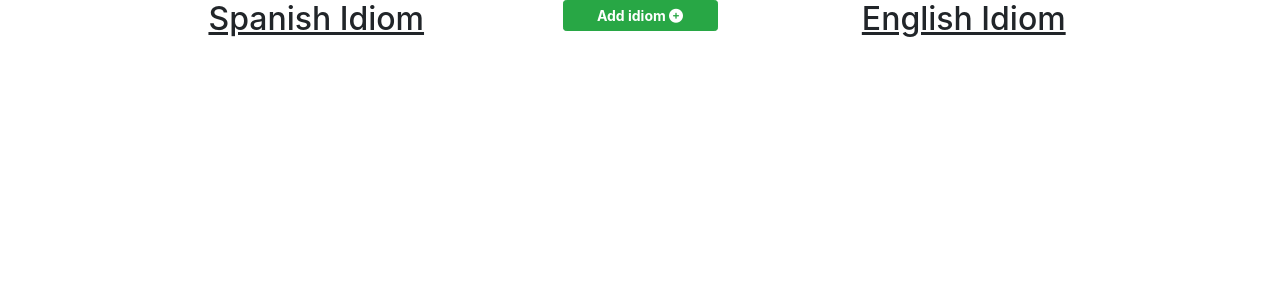
Repository: JK27/idioms-english-spanish
Page: http://localhost/
The author's editor kept a record of every edit. The page is drawn from the files as they stood at one moment, then again after the next edit.
The browser window is 1280 px wide. The pictures show the whole page.
Some web libraries are served in a nearby version. The page is served by the project's application, run on Flask 3 (idioms.py). Queries for data that is not in the repository find no rows.

Above is the page before.
Console error: TypeError: Cannot read properties of undefined (reading 'fn')

### templates/idioms.html
{% extends "base.html" %} {% block content %}

<div class="row header-row">
    <div class="col-5">
        <h2>Spanish Idiom</h2>
    </div>
    <div class="col-2">
        <a class="btn btn-success btn-sm add-button" href="{{url_for('add_idiom')}}" role="button"><strong>Add idiom </strong><i class="fas fa-plus-circle"></i></a>
    </div>
    <div class="col-5">
        <h2>English Idiom</h2>
    </div>
</div>
{% for idiom in idioms %}

<div class="row">
    <div class="card col-5">
        <div class="card-body">
            <h5 class="card-title"><em>"{{idiom.spanish_idiom}}"</em></h5>
            <p class="card-text"> {{idiom.english_literal}}</p>
            <p class="card-text">{{idiom.english_meaning}}</p>
        </div>
    </div>
    <div class="card middle-column col-2">
        <h5 class="card-title"><em>Equivalent idiom</em></h5>
        <p class="card-text">Literal translation</p>
        <p class="card-text">Meaning</p>
        <a class="btn btn-primary btn-sm middle-button" href="{{url_for('edit_idiom', idiom_id=idiom._id)}}" role="button"><strong>Edit this idiom </strong><i class="fas fa-edit"></i></a>
        <a class="btn btn-danger btn-sm middle-button" href="{{url_for('delete_idiom', idiom_id=idiom._id)}}" role="button"><strong>Delete this idiom </strong><i class="fas fa-trash-alt"></i></a>

    </div>

    <div class="card col-5">
        <div class="card-body">
            <h5 class="card-title"><em>"{{idiom.english_idiom}}"</em></h5>
            <p class="card-text">{{idiom.spanish_literal}}</p>
            <p class="card-text">{{idiom.spanish_meaning}}</p>
        </div>
    </div>

</div>

{% endfor %} {% endblock %}

### templates/base.html
<!DOCTYPE html>
<html lang="en">

<head>
    <meta charset="UTF-8">
    <meta name="viewport" content="width=device-width, initial-scale=1.0">
    <meta http-equiv="X-UA-Compatible" content="ie=edge">

    <link href="https://stackpath.bootstrapcdn.com/bootstrap/4.3.1/css/bootstrap.min.css" rel="stylesheet" integrity="sha384-ggOyR0iXCbMQv3Xipma34MD+dH/1fQ784/j6cY/iJTQUOhcWr7x9JvoRxT2MZw1T" crossorigin="anonymous">
    <link rel="stylesheet" href="{{url_for('static', filename='css/style.css')}}" type="text/css" />

    <script src="https://kit.fontawesome.com/5d6ba07855.js"></script>
    <script src="https://stackpath.bootstrapcdn.com/bootstrap/4.3.1/js/bootstrap.min.js" integrity="sha384-JjSmVgyd0p3pXB1rRibZUAYoIIy6OrQ6VrjIEaFf/nJGzIxFDsf4x0xIM+B07jRM" crossorigin="anonymous"></script>

    <title>Idioms English - Spanish</title>
</head>

<body>
    <div class="container">
        {% block content %} {% endblock %}
    </div>
</body>

</html>

### idioms.py
import os
from flask import Flask, render_template, redirect, request, url_for
from flask_pymongo import PyMongo
from bson.objectid import ObjectId

app = Flask(__name__)

app.config["MONGO_DBNAME"] = "idioms-and-proverbs"
app.config["MONGO_URI"] = "mongodb+srv://jk27:07diciembre18@cluster0-9pga0.mongodb.net/idioms-and-proverbs?retryWrites=true&w=majority"

mongo = PyMongo(app)

@app.route("/")
@app.route("/get_idioms")
def get_idioms():
    return render_template("idioms.html", idioms=mongo.db.idioms.find())

# ---------------------------------------------------------------------     Functions to add idioms -- #
@app.route("/add_idiom")
def add_idiom():
    return render_template("addidiom.html")

@app.route("/insert_idiom", methods=["POST"])                           #-- Data from form in addidiom.html is posted using this function...
def insert_idiom():
    idioms = mongo.db.idioms                                            #-- ... data is inserted to the idioms database...
    idioms.insert_one(request.form.to_dict())                           #-- ... inserting one item to the dictionary...
    return redirect(url_for("get_idioms"))                              #-- ... and then redirecting to /get_idioms

# ---------------------------------------------------------------------     Functions to edit idioms -- #
@app.route("/edit_idiom/ <idiom_id>")
def edit_idiom(idiom_id):                                               #-- Use idiom_id to target the idiom that want to edit
    the_idiom = mongo.db.idioms.find_one({"_id":ObjectId(idiom_id)})    #-- Retrieve the idiom from the idioms database, using its id to find it...
    return render_template("editidiom.html", idiom=the_idiom)           #-- ... and then redirecting to /editidiom.html

@app.route("/update_idiom/<idiom_id>", methods=["POST"])                #-- Data from form in editidiom.html is posted using this function...
def update_idiom(idiom_id):
    idioms = mongo.db.idioms                                            #-- ... data is updated in the idioms database...
    idioms.update({"_id":ObjectId(idiom_id)},                           #-- ... updating the item with a specific id...
    {
        "spanish_idiom": request.form.get("spanish_idiom"),             #-- ... each field for that item will be updated taking the input from...
        "english_literal": request.form.get("english_literal"),         #-- ... the corresponding field on the form
        "english_meaning": request.form.get("english_meaning"),
        "english_idiom": request.form.get("english_idiom"),
        "spanish_literal": request.form.get("spanish_literal"),
        "spanish_meaning": request.form.get("spanish_meaning")
    })
    return redirect(url_for("get_idioms"))

# -------------------------------------------------------------------- Function to delete idioms -- #
@app.route("/delete_idiom/<idiom_id>")
def delete_idiom(idiom_id):
    mongo.db.idioms.remove({"_id": ObjectId(idiom_id)})
    return redirect(url_for("get_idioms"))

if __name__ == "__main__":
    app.run(host=os.environ.get("IP"),
            port=int(os.environ.get("PORT")),
            debug=True)

### static/css/style.css
h2 {
    text-align: center;
    text-decoration: underline;
}

.btn-success {
    width: 100%;
}

.row {
    margin-right: 0px;
    margin-left: 0px;
}

.middle-column {
    border: 0;
    padding-top: 20px;
    text-align: center;
}

.card {
    margin-bottom: 15px;
}

After the next edit:
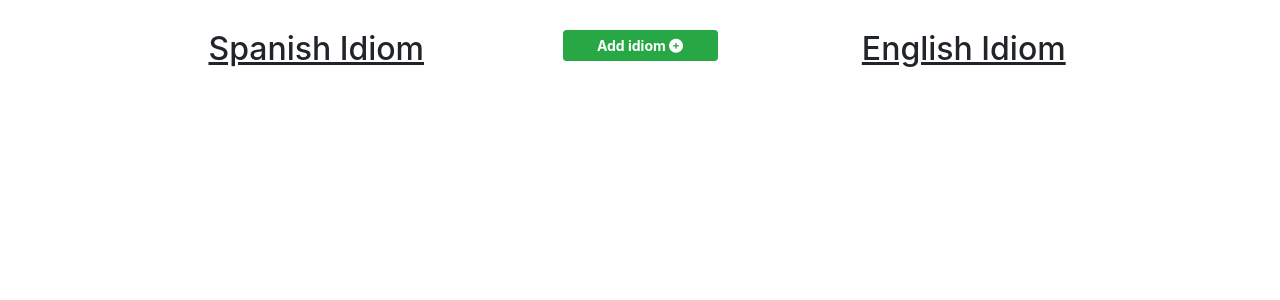
The edit:
--- a/static/css/style.css
+++ b/static/css/style.css
@@ -5,6 +5,11 @@
 
 .btn-success {
     width: 100%;
+}
+
+.header-row {
+    margin-top: 30px;
+    margin-bottom: 15px;
 }
 
 .row {
